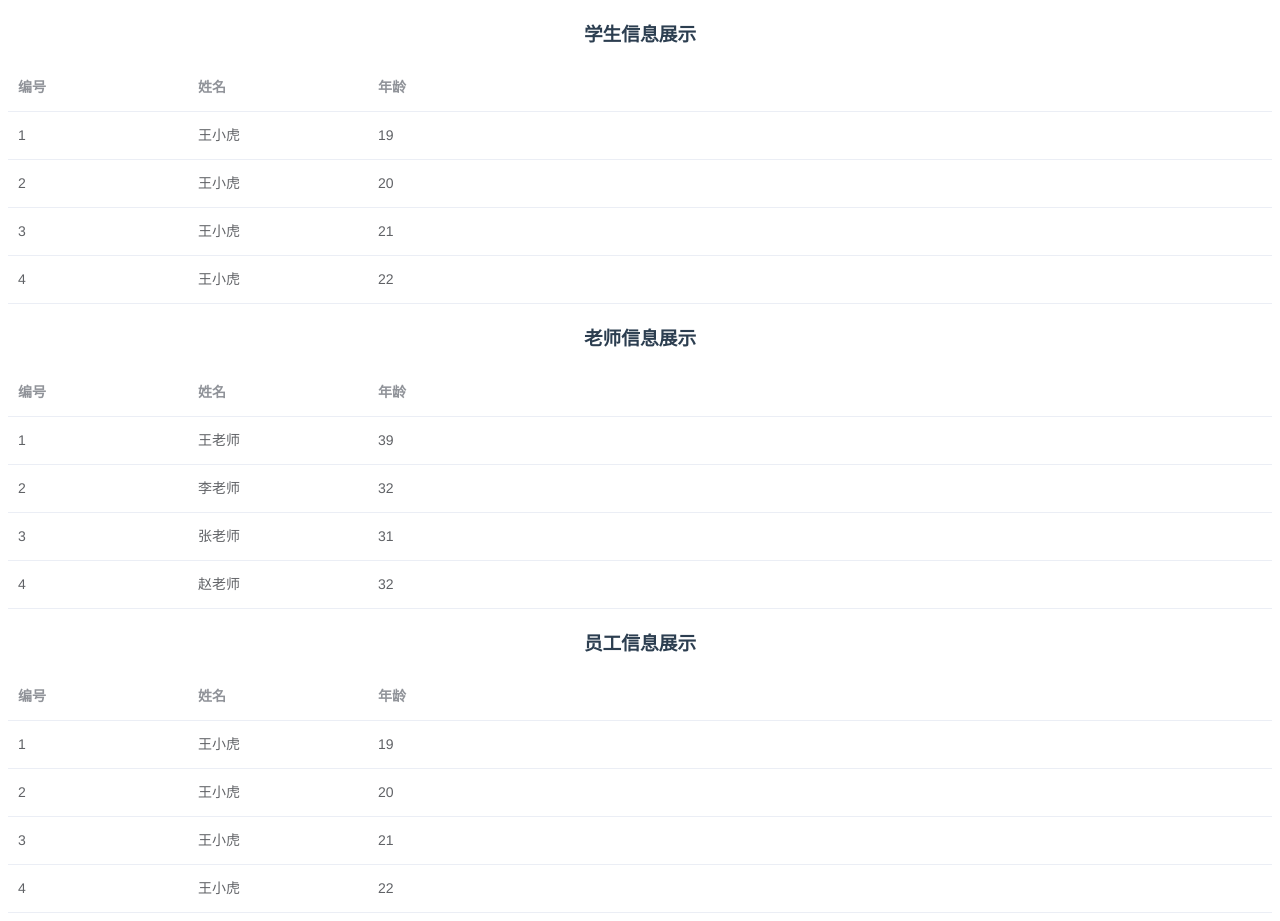
Repository: chang-meng-yun/vue_project
Page: /
These files come from the project's save history. The page is drawn as it stood at one moment and after the next save; the edit follows.
The browser window is 1280 px wide. The pictures show the whole page.
The project was rebuilt for these pictures with package versions that can differ from the ones it lists, and the page was loaded fresh each time. Also part of the build but not shown: vue.config.js, src/VBindStudy.vue, src/HomeWork.vue, src/views/reHome.vue, src/FromFrame.vue, src/prents.vue, src/views/son.vue, src/components/HelloWorld.vue and 1 more.

Above is the page before, as saved 2024-06-27 15:57:53.

After the next save:
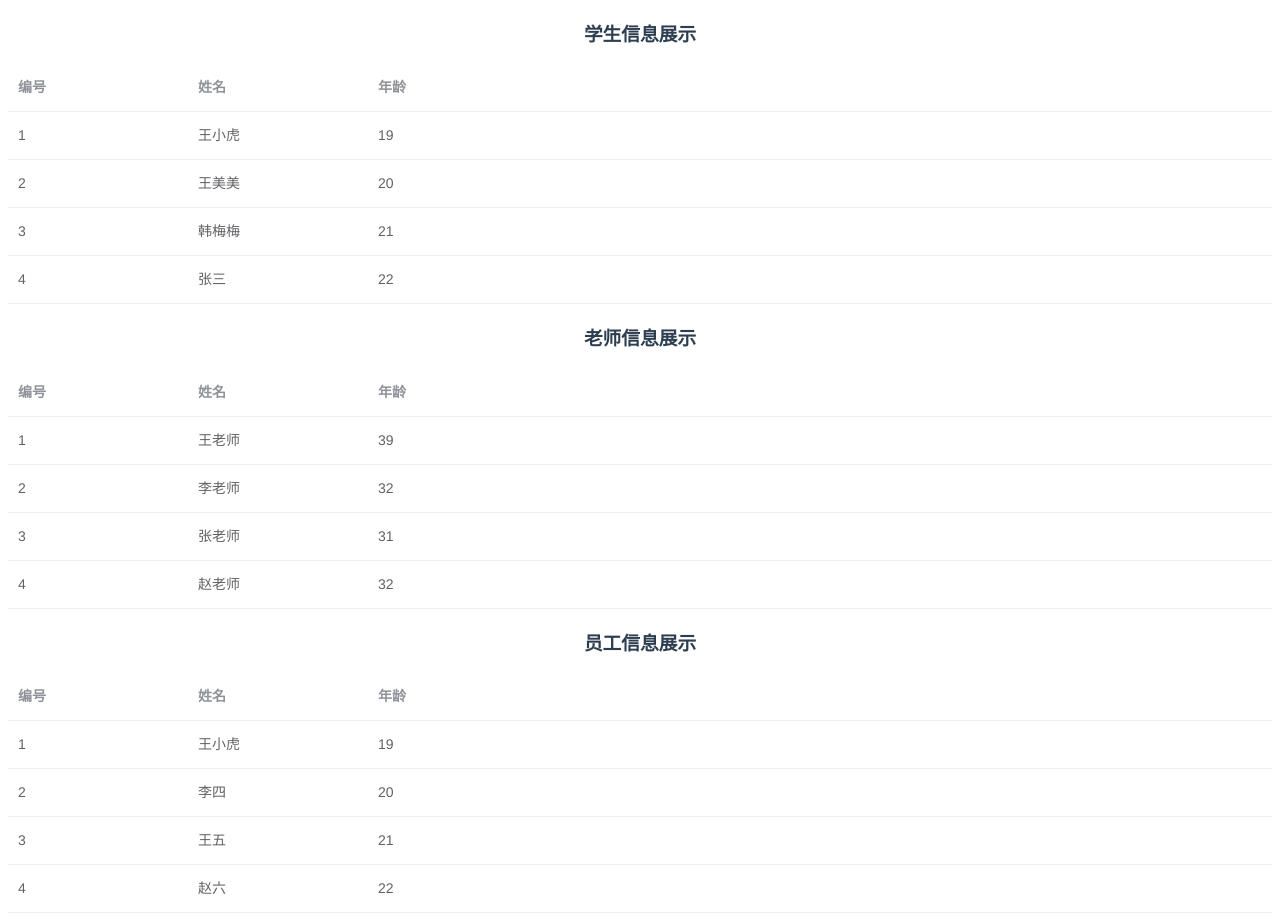
Saved 77 s later.
--- a/src/App.vue
+++ b/src/App.vue
@@ -46,15 +46,15 @@
             age: '19'
           }, {
             id: '2',
-            name: '王小虎',
+            name: '王美美',
             age: '20'
           }, {
             id: '3',
-            name: '王小虎',
+            name: '韩梅梅',
             age: '21'
           }, {
             id: '4',
-            name: '王小虎',
+            name: '张三',
             age: '22'
           }],
           tableData2: [{
@@ -80,15 +80,15 @@
             age: '19'
           }, {
             id: '2',
-            name: '王小虎',
+            name: '李四',
             age: '20'
           }, {
             id: '3',
-            name: '王小虎',
+            name: '王五',
             age: '21'
           }, {
             id: '4',
-            name: '王小虎',
+            name: '赵六',
             age: '22'
           }],
         // mark: true,
